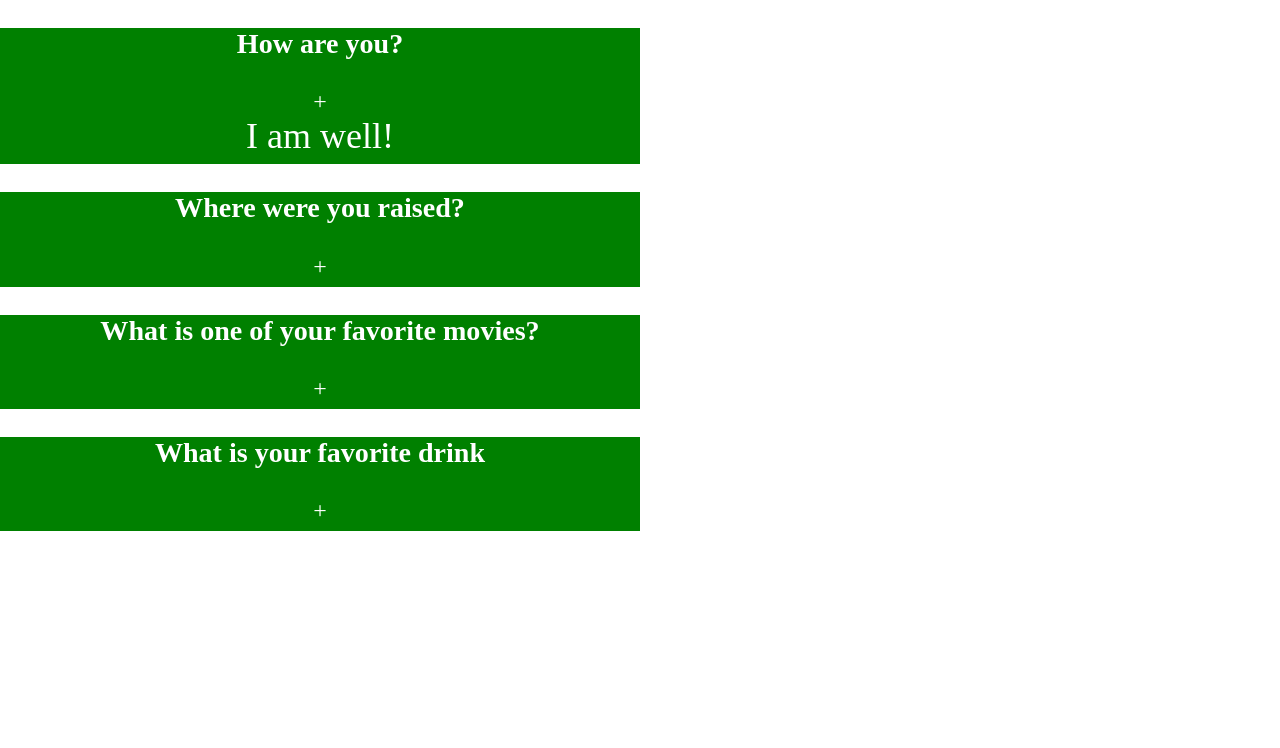
Repository: kosenijr/react-projects
Page: / (app in accordion/), after clicking the first element matching `div.title`
These files come from the project's save history. The page is drawn as it stood at one moment and after the next save; the edit follows.
The browser window is 1280 px wide. The pictures show the whole page.
The project was rebuilt for these pictures with package versions that can differ from the ones it lists, and the page was loaded fresh each time.

Above is the page before, as saved 2024-03-02 22:38:23.

### accordion/src/App.js
import React from "react";
import "./App.css";
import Accordion from "./components/Accordion";

function App() {
  return (
    <div className="App">
      <Accordion />
    </div>
  );
}

export default App;

### accordion/src/components/Accordion.js
import React, { useState } from "react";
import "../styles/Accordion.css";
import data from "../data";

function Accordion() {
  // setting up useState
  const [selected, setSelected] = useState(null);
  // setting up handling
  const handleSingleSelection = (getCurrentId) => {
    console.log(selected, getCurrentId);
    // setSelected(getCurrentId === selected ? null : getCurrentId); // keep add condition for closure
    setSelected(selected !== getCurrentId ? getCurrentId : null)
  };

  return (
    <div className="wrapper">
      {/* single selection accordion */}
      <div className="accordion">
        {data && data.length > 0 ? (
          data.map((dataItem) => (
            <div className="item" key={dataItem.id}>
              {" "}
              {/* always remember to add key */}
              <div
                className="title"
                onClick={() => handleSingleSelection(dataItem.id)}
              >
                <h3>{dataItem.question}</h3>
                <span>+</span>
              </div>
              {selected === dataItem.id ? (
                <div className="content ">{dataItem.answer}</div>
              ) : null}
            </div>
          ))
        ) : (
          <div>No data found!</div>
        )}
      </div>
    </div>
  );
}

export default Accordion;

### accordion/src/styles/Accordion.css
.wrapper {
  height: 100vh;
  width: 100vw
}
.accordion {
  color: white;

}

.item {
  background-color: green;
  font: 1.5em "Raleway";

  padding-bottom: 1vh;
  width: 50vw;
}

.content {
  font-size: 1.5em;
  font-family:  "Raleway", "Times New Roman";
  font-weight: 500;
}

### accordion/src/data.js
const data = [
  {
    id: 1,
    question: "How are you?",
    answer: "I am well!",
  },

  {
    id: 2,
    question: "Where were you raised?",
    answer: "I was raised in Queens.",
  },

  {
    id: 3,
    question: "What is one of your favorite movies?",
    answer: "Harlem Nights",
  },

  {
    id: 4,
    question: "What is your favorite drink",
    answer: "Water",
  },
];

export default data;

Loaded but not shown: accordion/public/index.html (common file); accordion/src/index.js (common file); accordion/src/index.css (common file); accordion/src/reportWebVitals.js (common file); accordion/src/App.css (common file)

After the next save:
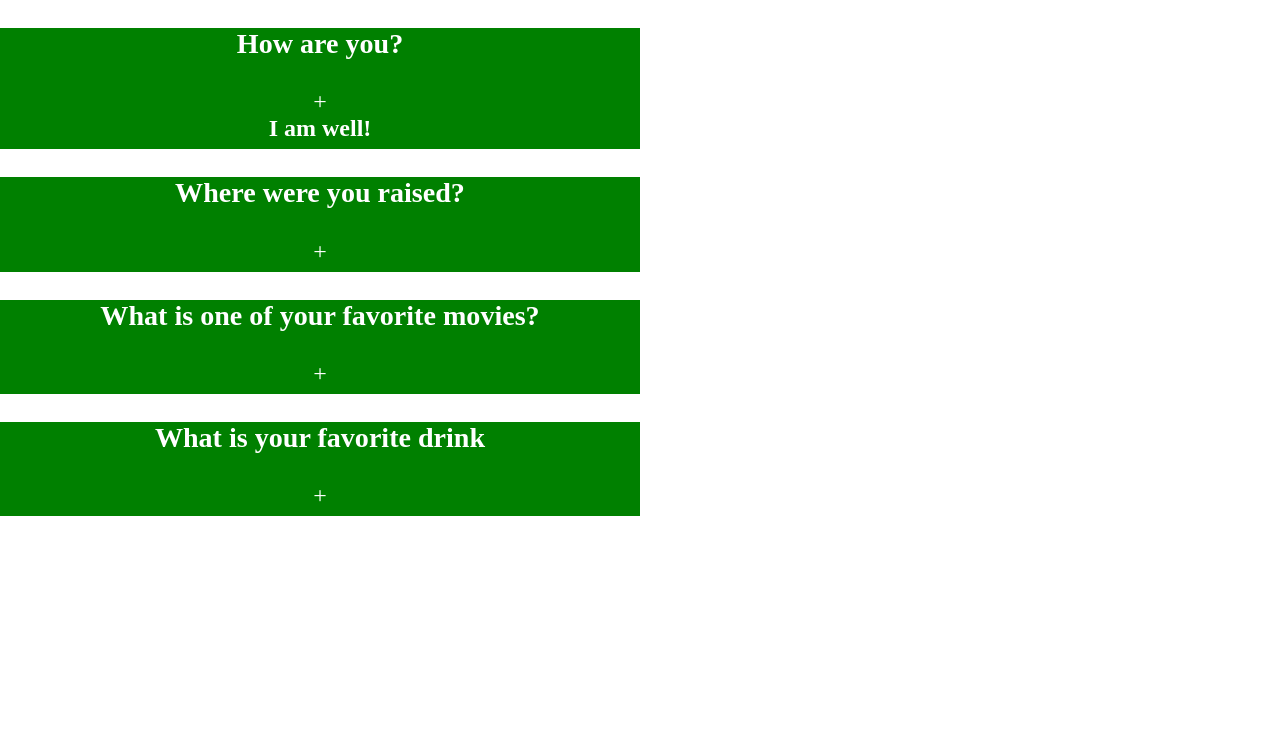
Saved 13 s later.
--- a/accordion/src/styles/Accordion.css
+++ b/accordion/src/styles/Accordion.css
@@ -16,7 +16,7 @@
 }
 
 .content {
-  font-size: 1.5em;
+  font-size: 1em;
   font-family:  "Raleway", "Times New Roman";
-  font-weight: 500;
+  font-weight: 700;
 }
